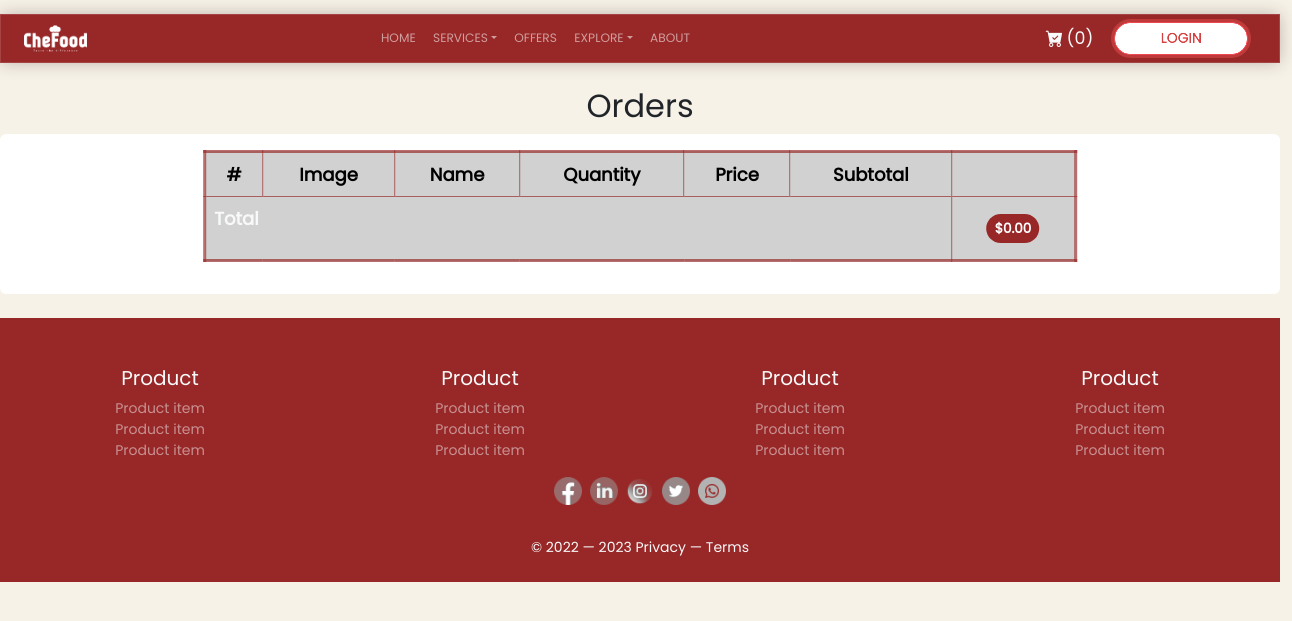
Repository: qamchamine/chefood
Page: /cart (app in front-end/)
These files come from the project's save history. The page is drawn as it stood at one moment and after the next save; the edit follows.
The browser window is 1280 px wide. The page is 1292 px wide, so the pictures cover 1292 px, including what lies to the right of the window. The pictures show the whole page.
The project was rebuilt for these pictures with package versions that can differ from the ones it lists, and the page was loaded fresh each time. Some packages were replaced by stand-ins written for this rebuild. Also part of the build but not shown: front-end/src/css/products.css, front-end/src/components/small_components/ProductCard.jsx, front-end/src/components/small_components/AddProduct.jsx, front-end/src/components/pages/sub-pages/Products.jsx, front-end/src/components/small_components/ButtonMain.jsx, front-end/src/components/small_components/HomeCard.jsx, front-end/src/components/small_components/HomeCardFullSection.jsx, front-end/src/components/pages/Home.jsx and 34 more. Imported but missing from the stored project, and not drawn on this page: front-end/src/sounds/applause.mp3, front-end/src/sounds/wheel.mp3.

Above is the page before, as saved 2023-06-25 20:25:22.

After the next save:
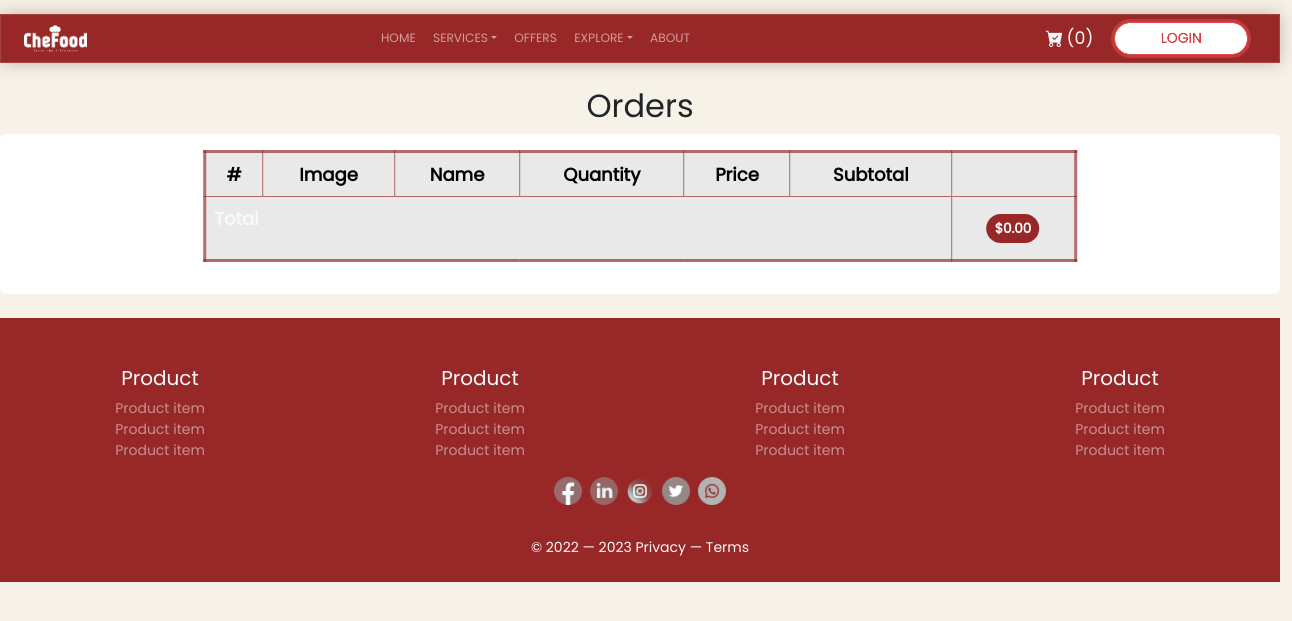
Saved 5 s later.
--- a/front-end/src/css/cart.css
+++ b/front-end/src/css/cart.css
@@ -6,7 +6,7 @@
 .ajouterPanierTable th{
     width: fit-content !important;
     text-align: center;
-    background: rgba(0, 0, 0, 0.18) !important;
+    background: rgba(0, 0, 0, 0.088) !important;
 }
 .ajouterPanierTable {
 width: 70% !important;
